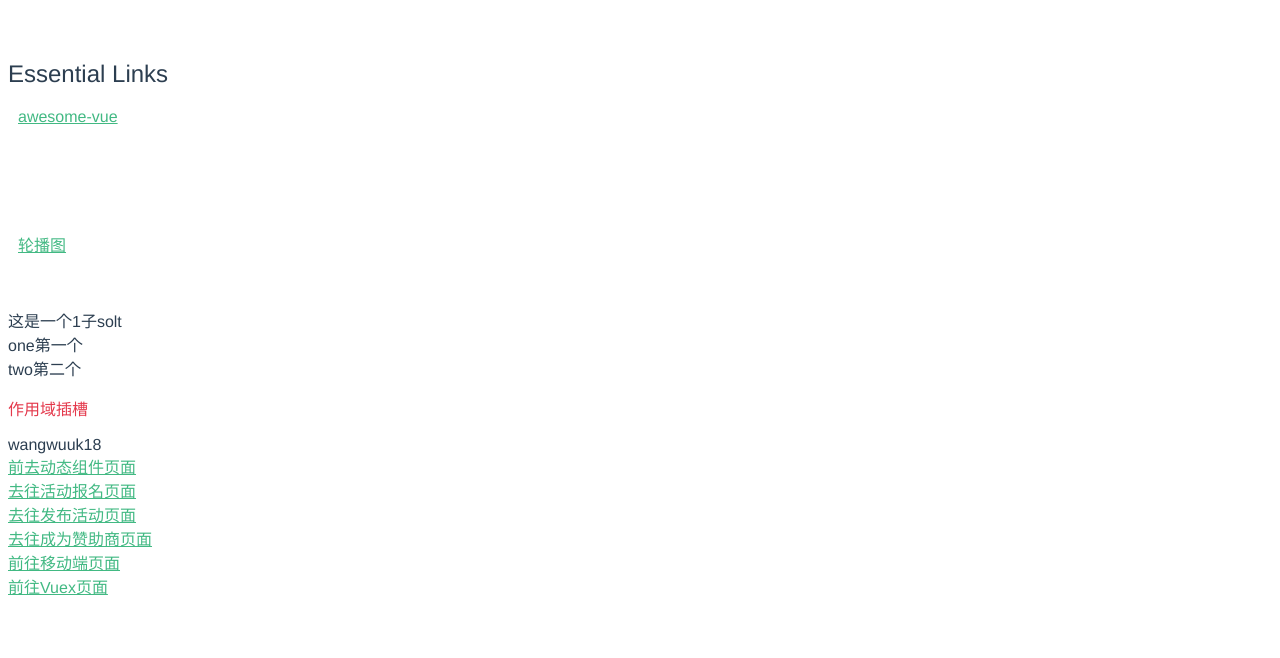
Repository: nihaohahahanihao/vueStudy
Page: /
The author's editor kept a copy of each file at every save. The page is drawn from the files as they stood at one save, then again after the next save.
The browser window is 1280 px wide. The pictures show the whole page.
The page's requests for data from a server got no answer. The project was rebuilt for these pictures with package versions that can differ from the ones it lists, and the page was loaded fresh each time. No one was signed in, and anything a server would have sent is missing. Also part of the build but not shown: src/components/router1.vue, src/components/swiper.vue, src/components/activeComponents/sonOne.vue, src/components/activeComponents/sonTwo.vue, src/components/activeComponents/sonThree.vue, src/components/activeComponents/app.vue, src/components/act/yidongduan.vue, src/components/Vuex/vuex.vue and 1 more.

Above is the page before, as saved 2018-09-17 20:26:26.

### src/main.js
// The Vue build version to load with the `import` command
// (runtime-only or standalone) has been set in webpack.base.conf with an alias.
import Vue from 'vue'
import App from './App'
import router from './router'
import $ from 'jquery'
import VueAwesomeSwiper from 'vue-awesome-swiper'
Vue.config.productionTip = false

/* eslint-disable no-new */
Vue.use(VueAwesomeSwiper)
new Vue({
  el: '#app',
  router,
  components: { App },
  template: '<App/>'
})

### src/router/index.js
import Vue from 'vue'
import Router from 'vue-router'
import HelloWorld from '@/components/HelloWorld'
import router1 from '@/components/router1'
import swiper from '@/components/swiper'
import actApp from '@/components/activecomponents/app'
// import actSonOne from '@/components/activecomponents/sonOne'
// import actSonTwo from '@/components/activecomponents/sonTwo'
// import actSonThree from '@/components/activecomponents/sonThree'
import yidongduan from '@/components/act/yidongduan'
import sponsor from '@/components/act/sponsor'
import vuex from '@/components/Vuex/vuex'
import zcs from '@/components/act/zcs'

Vue.use(Router)

export default new Router({
  routes: [
    {
      path: '/',
      name: 'HelloWorld',
      component: HelloWorld},
      {
      	path:"/router1",
      	component:router1
      },
      {
      	path:"/vuex",
      	component:vuex
      },
      {
      	path:"/zcs",
      	component:zcs
      },
      {
      	path:"/yidongduan",
      	component:yidongduan
      },
      {
      	path:"/sponsor",
      	component:sponsor
      },
      {
      	path:"/swiper",
      	component:swiper
      },
      {
        path:"/actApp",
        component:actApp,
        // children:[
        //  {path:"/actSonOne",
        //   component:actSonOne,
        // },
        // {path:"/actSonTwo",
        //   component:actSonTwo,
        // },
        // {path:"/actSonThree",
        //   component:actSonThree,
        // }
        // ]
      }
      ]


})

### src/components/HelloWorld.vue
<template>
  <div class="hello">
    <!--<h1>{{ msg }}</h1>-->
    <h2>Essential Links</h2>
    <ul>
      <li>
        <router-link target="_blank" to="router1">
          awesome-vue
        </router-link>
      </li>
      <li>
      	 {{items.message}}
      </li>
      <li><router-link to="swiper" target="_blank">轮播图</router-link></li>
    </ul>
    <!-- <ul v-for="i in items">
    	<li>{{i.message}}</li>
    	<li>{{i.type}}</li>
    	<li>{{i.time}}</li>
    </ul> -->
    <!-- 这里是solt 单个插槽-->
    <solt slot="header">111</solt>
    <!-- 这里是具名插槽 -->
    <div>
      <name-slot>
        <div slot="one">
          <span>one</span>
          <span>第一个</span>
        </div>
        <div slot="two">
          <span>two</span>
          <span>第二个</span>
        </div>
      </name-slot>
    </div>
    <!-- 作用域插槽 -->
    <div>
      <p style="color:#e4394c">作用域插槽</p>
      <scoped-slot :items = "item">
      <template slot-scope="props">
        <span>{{props.cname}}</span>
        <span>{{props.addr}}</span>
        <span>{{props.age}}</span>
      </template>
      </scoped-slot>
    </div>
    <div>
      <router-link to="actApp">前去动态组件页面</router-link>
    </div>
    <div>
      <router-link to="baoming">去往活动报名页面</router-link>
    </div>
     <div>
      <router-link to="fabu">去往发布活动页面</router-link>
    </div>
    <div>
      <router-link to="sponsor">去往成为赞助商页面</router-link>
    </div>
        <div>
      <router-link to="yidongduan">前往移动端页面</router-link>
    </div>
        <div>
      <router-link to="vuex">前往Vuex页面</router-link>
    </div>
  </div>
</template>

<script>
import solt from "@/components/solt"
import NameSlot from "@/components/NameSlot"
import scopedSlot from "@/components/scopedSlot"
	export default {
	name: 'HelloWorld',
  components:{
     solt,
     NameSlot,
     scopedSlot
  },
	data() {
		return {
			items:[],
      index:1,
      item:[
        { age:'文字1' , cname:'tom' , addr:'usa' },
        { age:'文字2' , cname:'wangwu' , addr:'uk' },
        { age:'文字3' , cname:'zhangsan' , addr:'un' }
      ]
		}
	},
	 created () {
    fetch('https://www.easy-mock.com/mock/5b33246df3843242266468af/example/mock').then((e) => {
      return e.json();
    }).then((e) => {
      console.log(e)

      this.items = e.items
    }
      )
  }
}
</script>

<!-- Add "scoped" attribute to limit CSS to this component only -->
<style scoped>h1,
h2 {
	font-weight: normal;
}

ul {
	list-style-type: none;
	padding: 0;
}

li {
	display: inline-block;
	margin: 0 10px;
}

a {
	color: #42b983;
}</style>

### src/components/act/sponsor.vue
<template>
	<div>
			<ul class="act-egistration-ul">
                <li>
					<h2 class="act-egistration-list">成为赞助商</h2>
				</li>
				<li>
					<span class="act-egistration-list"><i>*</i>联系人姓名</span> <input type="text"/>
				</li>
                <li>
                   <span class="act-egistration-list">公司</span> <input type="text"/>
                </li>
                <li>
					<span class="act-egistration-list">职位</span> <input type="text"/>
				</li>
				<li>
					<span class="act-egistration-list">微信号</span> <input type="text"/>
				</li>
				<li>
					<span class="act-egistration-list">邮箱</span> <input type="text"/>
				</li>
				<li class="act-outline">
					<span class="act-egistration-list">赞助意向</span><textarea name="" id="" cols="70" rows="7"></textarea>
				</li>
                	<li style="position:relative;">
					<span class="act-egistration-list"><i>*</i>联系人手机号</span> <input type="text"/>
                   <p style="font-size:10px;position:absolute;top:10px;left:20px;top:35px;left:174px;">请填写正确的11位个人手机号码</p>
				</li>
				<li>
					<span class="act-egistration-list">手机验证码</span> <span><input type="text" class="act-verification-code"/></span> <span class="act-egistration-getCoin">获取验证码</span>
				</li>
				<li>
					<div class="act-egistration-btn ">提交报名</div>
				</li>
				<li></li>
			</ul>
	</div>
</template>

<script>
import VDistpicker from 'v-distpicker'
export default {
    components: { VDistpicker }
}
</script>

<style>
ul li{
    list-style: none;
    height: 60px;
    width: 700px;
    margin: 2px 0;
}
.act-egistration-list{
    display: inline-block;
    width: 120px;
    height: 40px;
    text-align: right;
    margin-right: 50px;
}
.act-egistration-getCoin{
    display: inline-block;
    width: 100px;
    height: 43px;
    border: 1px solid rgba(228, 228, 228, 1);
    background-color: rgba(242, 242, 242, 1);
    border-radius: 5px;
    line-height: 40px;
    text-align: center;
}
.act-egistration-ul input{
    width: 500px;
    height: 40px;
    vertical-align:middle;
    border-width: 1px;
    border-color: rgba(228, 228, 228, 1);
    border-radius: 5px;
}
.act-verification-code{
    width: 395px!important;
}
.act-egistration-btn{
    width: 120px;
    height: 40px;
    margin: 0 auto;
    background-color: rgba(255, 153, 0, 1);
    color: #fff;
    border-radius: 5px;
    text-align: center;
    line-height: 40px;
}
.act-outline{
    width: 100%;
    height: 130px;
    border-radius: 5px;
}
</style>

### src/components/solt.vue
<template>
    <div>
    <slot name="header">这是一个1子solt</slot>
    </div>
</template>

<script>
export default {

}
</script>

<style>

</style>

### src/components/NameSlot.vue
<template>
    <div class="testSlot">
        <div class="noneslot">
            <slot></slot>
        </div>
        <div class="test-one">
            <slot name="one">我是具名一</slot>
        </div>
        <div class="test-two">
            <slot name="two"></slot>
        </div>
    </div>
</template>

<script>
export default {

}
</script>

<style>

</style>

### src/components/scopedSlot.vue
<template>
    <div class="hello">
        <slot :cname="items[1].cname"></slot>
        <slot :addr="items[1].addr"></slot>
        <slot age="18"></slot>
    </div>
</template>

<script>
export default {
    data () {
        return {
            num: 100
        }
    },
    props:[
        'items'
    ],
    created(){
        // console.log("items",this.$props.items)
    }
}
</script>

<style>

</style>

Loaded but not shown: index.html (common file); src/App.vue (common file)

After the next save:
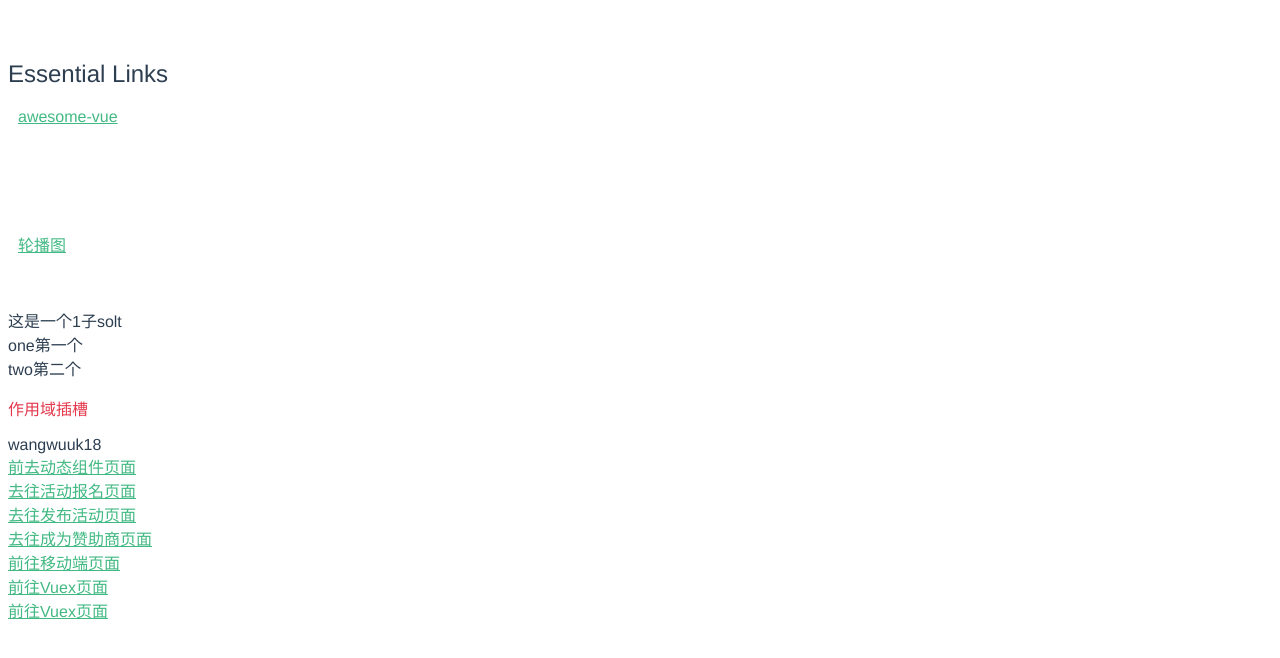
Saved 13 s later.
--- a/src/components/HelloWorld.vue
+++ b/src/components/HelloWorld.vue
@@ -62,6 +62,9 @@
         <div>
       <router-link to="vuex">前往Vuex页面</router-link>
     </div>
+    <div>
+      <router-link to="vuex">前往Vuex页面</router-link>
+    </div>
   </div>
 </template>
 
